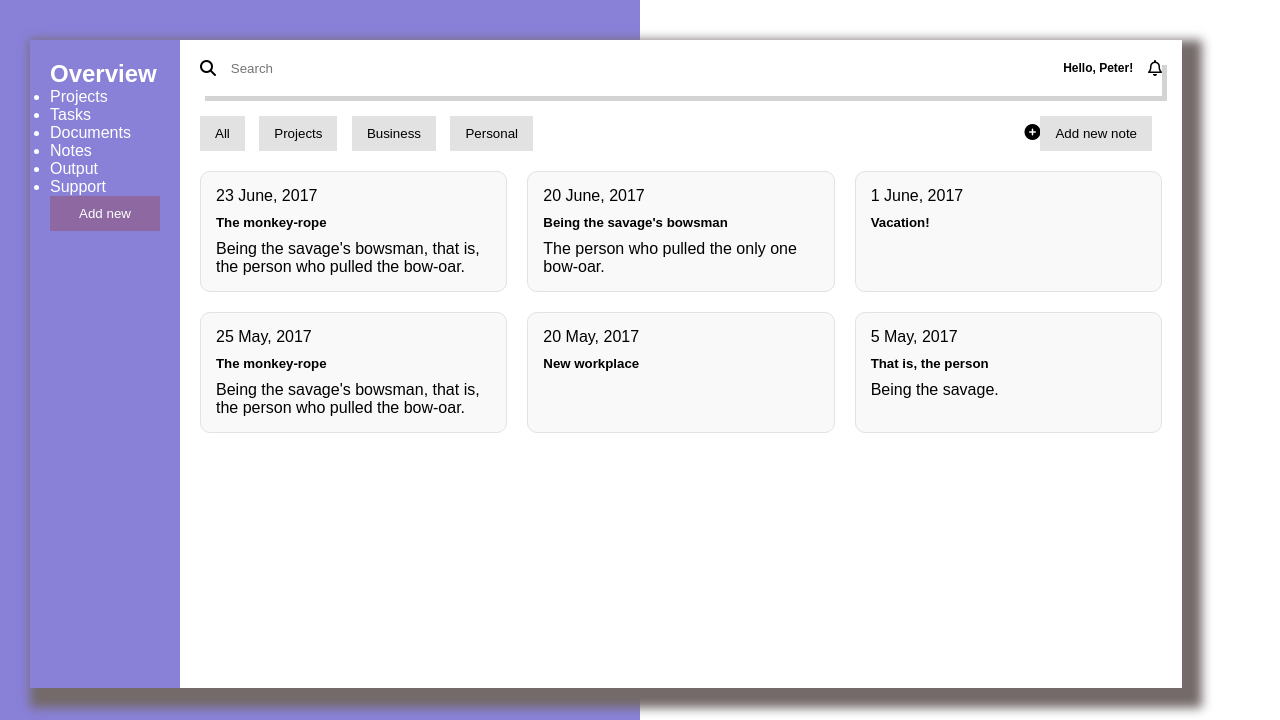
Repository: SatenikGabrielyan/HTML_CSS-_Assignment
Page: index.html
These files come from the project's save history. The page is drawn as it stood at one moment and after the next save; the edit follows.
The browser window is 1280 px wide. The pictures show the whole page.
Some web libraries are served in a nearby version.

Above is the page before, as saved 2025-03-17 23:11:13.

After the next save:
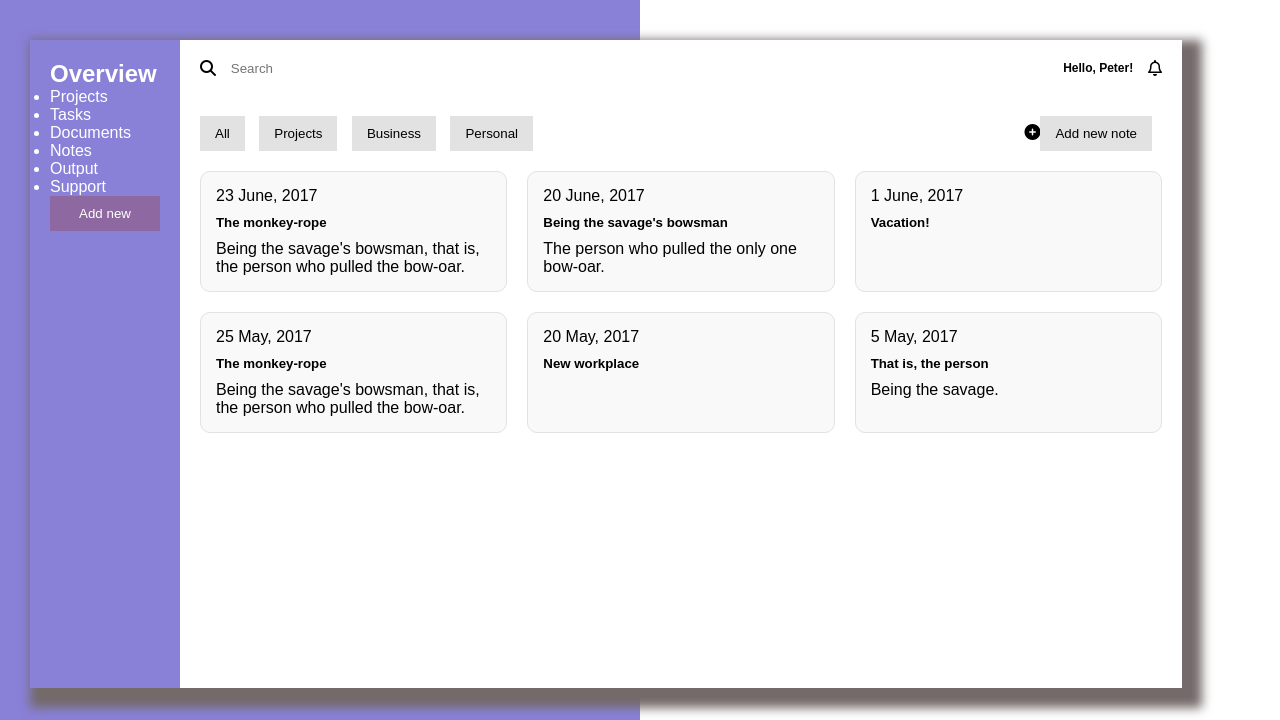
Saved 80 s later.
--- a/style.css
+++ b/style.css
@@ -267,7 +267,7 @@
     justify-content: space-between;
     align-items: center;
     background-color: white;
-    box-shadow: 5px 5px lightgrey;
+    box-shadow: 5px  lightgrey;
     padding-bottom: 20px;
 }
 

After the 6 saves that followed:
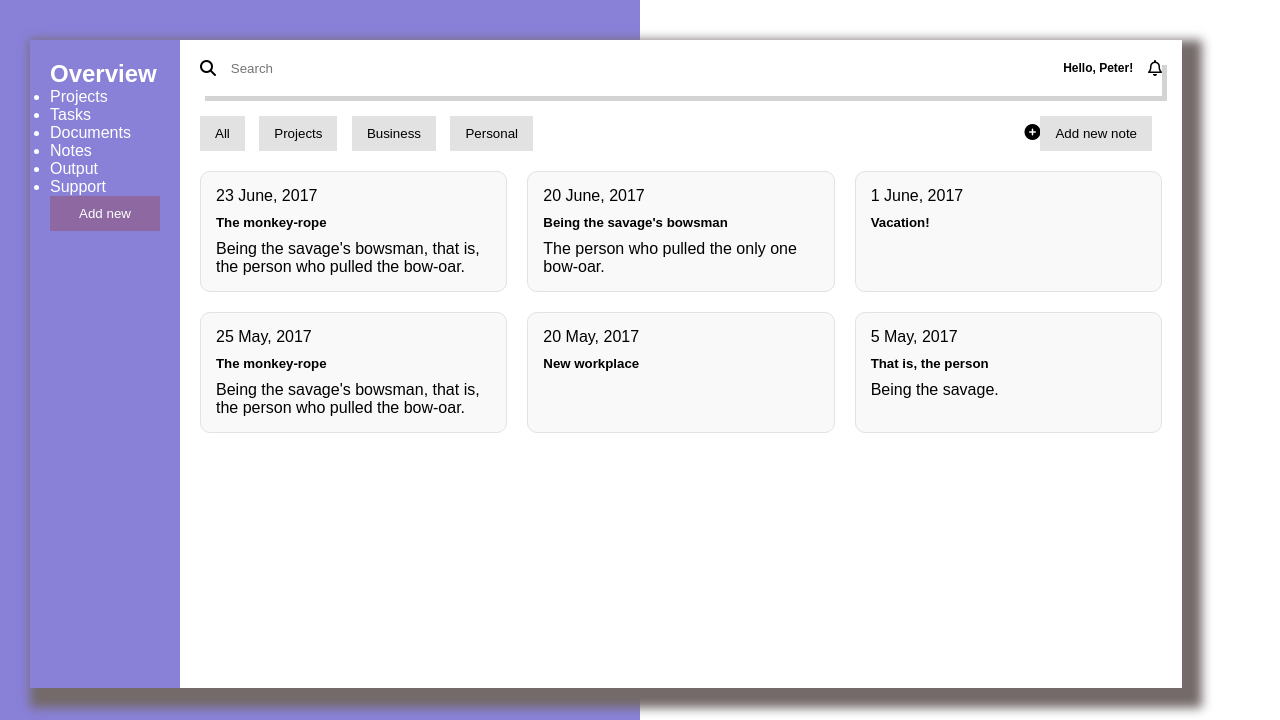
The 6 saves are shown as one change because 1 left the picture as it was and some came seconds apart.
The last was saved 22 s later.
--- a/style.css
+++ b/style.css
@@ -264,10 +264,11 @@
 
 .header {
     display: flex;
+    width: 100%;
     justify-content: space-between;
     align-items: center;
     background-color: white;
-    box-shadow: 5px  lightgrey;
+    box-shadow: 5px  5px lightgrey;
     padding-bottom: 20px;
 }
 
